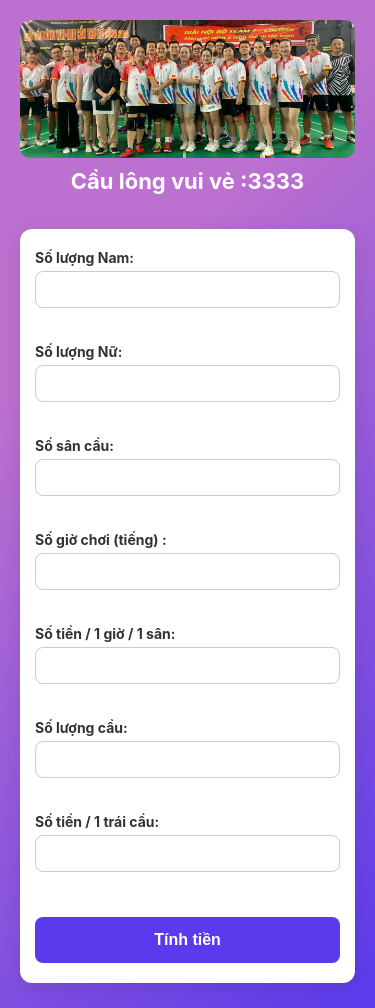
Repository: LuongPTCE181311/Badminton
Page: index.html
The author's editor kept a copy of each file at every save. The page is drawn from the files as they stood at one save, then again after the next save.
The browser window is 375 px wide. The pictures show the whole page.

Above is the page before, as saved 2025-12-08 00:50:41.

After the next save:
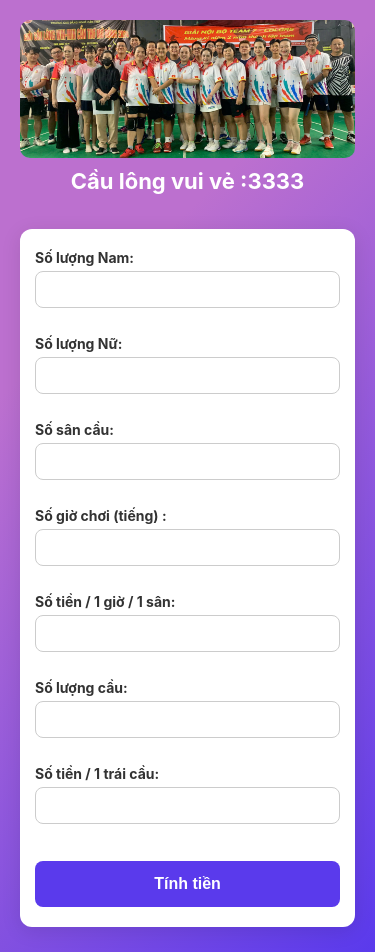
Saved 12 s later.
--- a/assets/css/style.css
+++ b/assets/css/style.css
@@ -245,7 +245,7 @@
     font-weight: 600;
     display: block;
     margin-top: 5px;
-    min-height: 18px;
+    min-height: 10px;
   }
 
   label {
